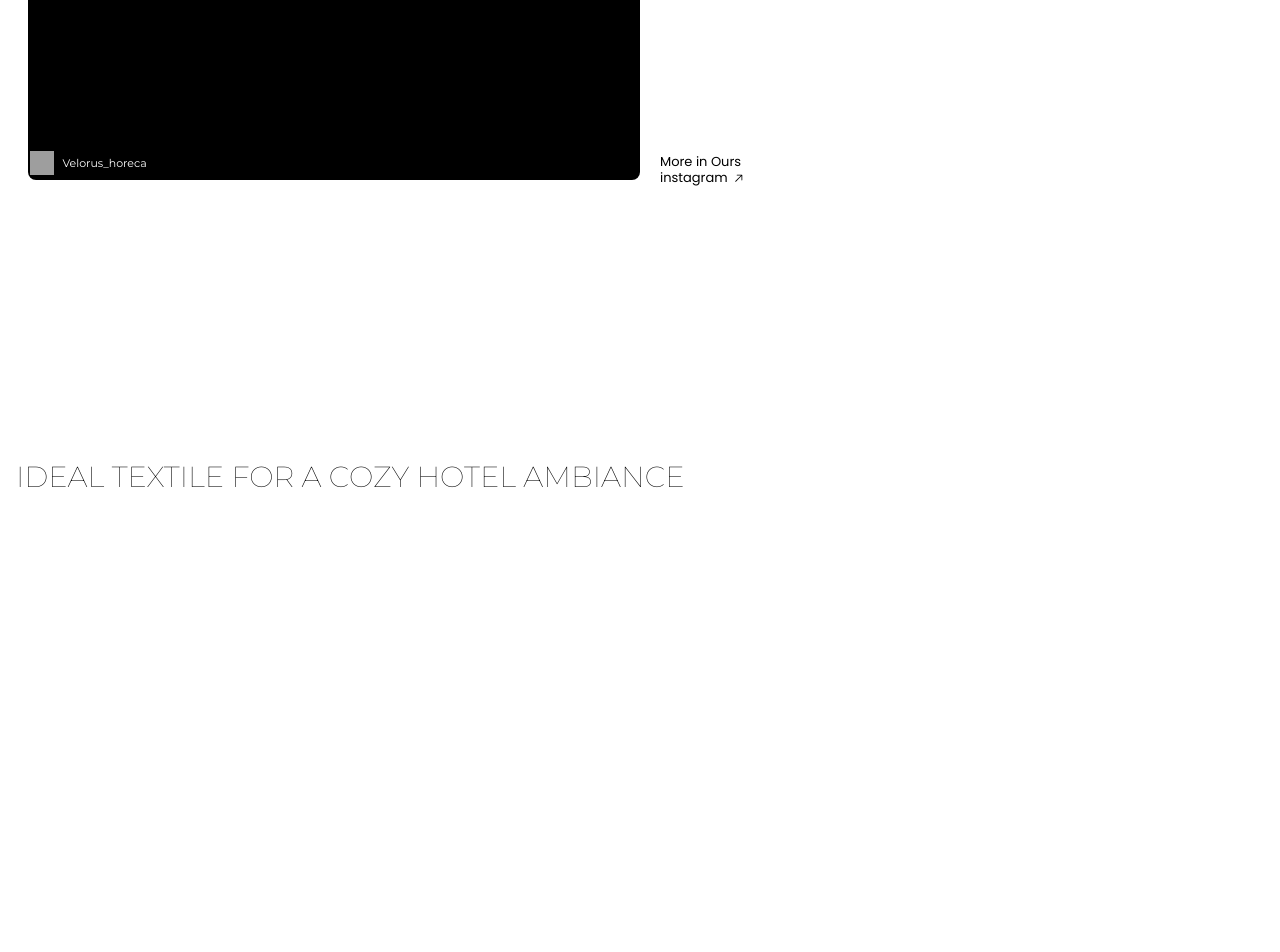
Repository: nikhilsinghrathore1/Shery_02
Page: /
These files come from the project's save history. The page is drawn as it stood at one moment and after a run of saves; the edit follows.
The browser window is 1280 px wide. The pictures show the part of the page from y = 3289 to 4241 px (the page is 5544 px tall).
Pictures or frames that could not be fetched are drawn as grey boxes. The project was rebuilt for these pictures with package versions that can differ from the ones it lists, and the page was loaded fresh each time. Also part of the build but not shown: vite.config.js.

Above is the page before, as saved 2024-07-18 03:05:33.

After the next 3 saves:
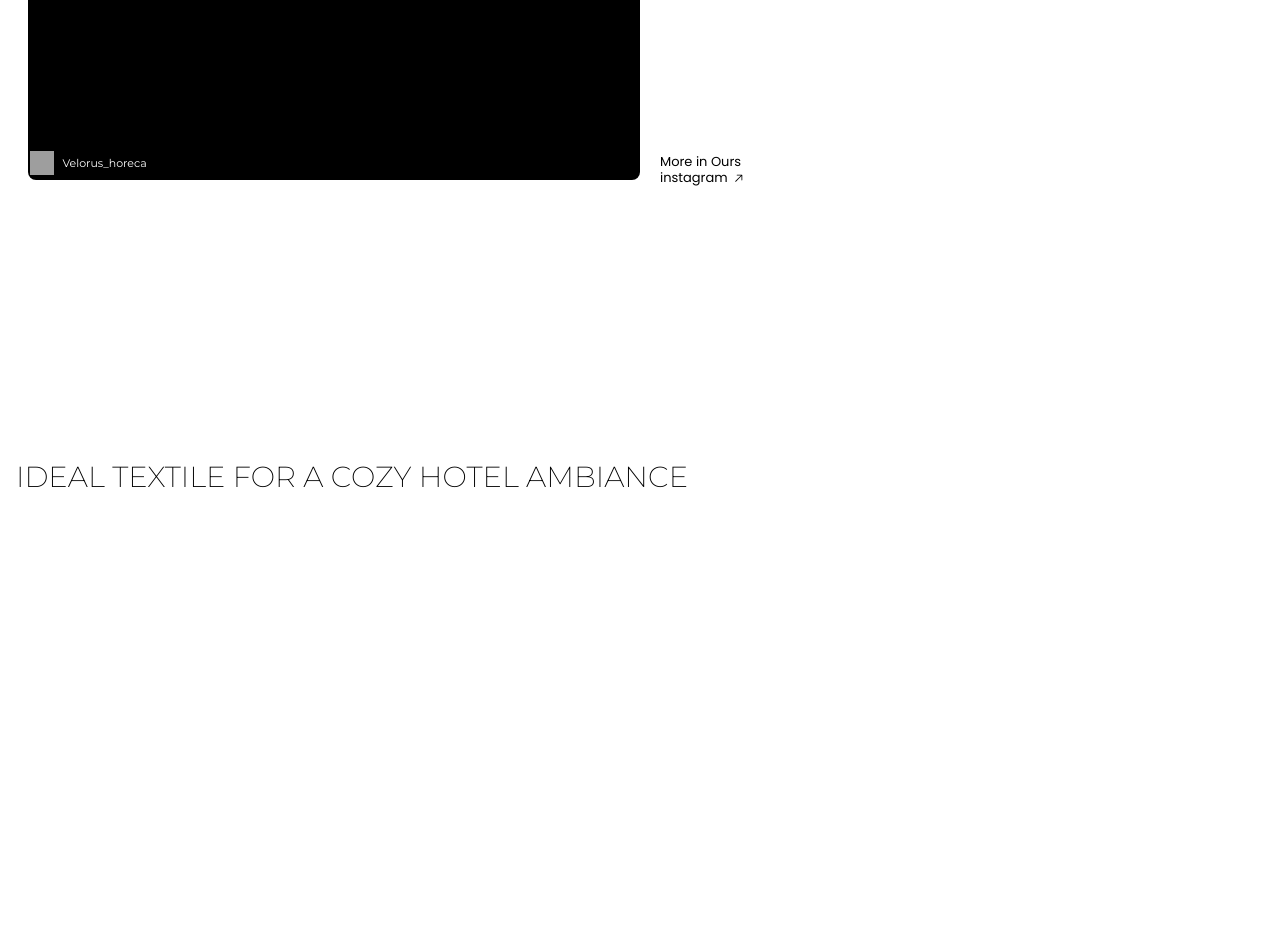
The 3 saves are shown as one change because they came seconds apart.
The last was saved 9 s later.
--- a/src/pages/Landing.jsx
+++ b/src/pages/Landing.jsx
@@ -55,7 +55,7 @@ const Landing = () => {
                </div>
 
                <div className='w-full h-[250vh] px-4'>
-                              <div className='w-full uppercase text-[29px] f4 font-extralight '>
+                              <div className='w-full uppercase text-[29px] f1 font-extralight '>
                                              <p>ideal textile for a cozy hotel ambiance</p>
                               </div>
                </div>
